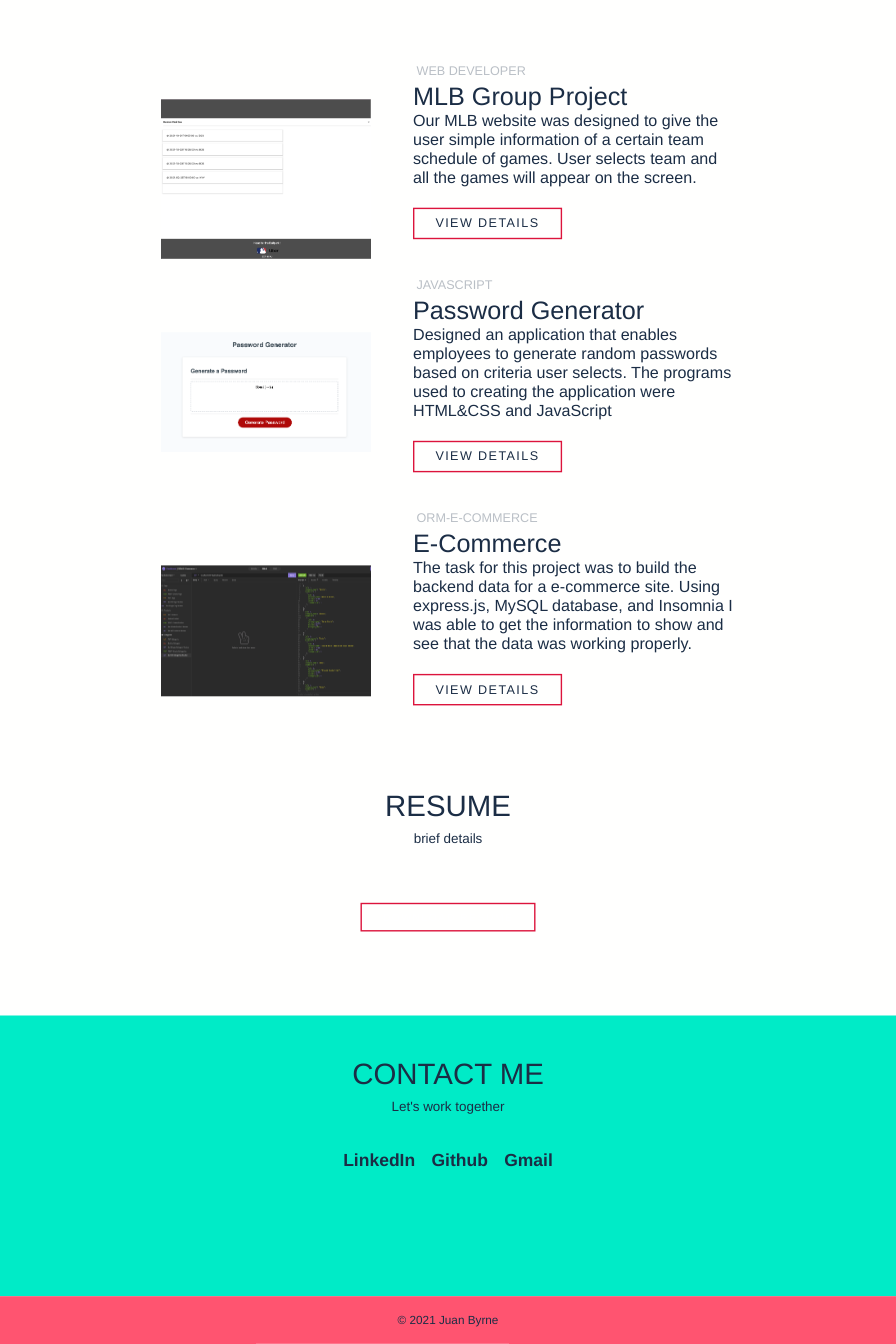
Repository: jb150524/JB-Portfolio
Page: index.html
An editor plug-in stored every save of this project. The page is shown before and after a run of saves, followed by the edit.
The browser window is 1280 px wide. The pictures show the part of the page from y = 2474 to 4394 px (the page is 4394 px tall), at 70% of full size.
Some web libraries are served in a nearby version.

Above is the page before, as saved 2021-09-25 21:40:57.

### index.html
<!DOCTYPE html>
<!-- saved from url=(0053)file:///Users/jja/FullStack_HW/juanwebsite/index.html -->

    <html lang="en"><head><meta http-equiv="Content-Type" content="text/html; charset=UTF-8">

    <meta http-equiv="X-UA-Compatible" content="IE=edge">
    <meta name="viewport" content="width=device-width, initial-scale=1.0">

    <!-- CSS style sheet -->
    <link rel="stylesheet" href="style.css">

    <!-- adding icons  -->
    <script src="https://kit.fontawesome.com/11dfd97c40.js" crossorigin="anonymous"></script>

    <title>Juan's Portfolio</title>
    </head>

    <body>
      <header>
      <nav class="top-nav">
        <ul class="nav-list">
        <li>
        <a href="file:///Users/jja/FullStack_HW/juanwebsite/index.html">Home</a>
        <a href="file:///Users/jja/FullStack_HW/juanwebsite/index.html#about">About</a>
        <a href="file:///Users/jja/FullStack_HW/juanwebsite/index.html#portfolio">Portfolio</a>
        <a href="file:///Users/jja/FullStack_HW/juanwebsite/index.html#resume">Resume</a>
        <a href="file:///Users/jja/FullStack_HW/juanwebsite/index.html#contact">Contact</a>
        </li>
        </ul>
      </nav>

    <div class="main">
      <div class="landing-text">
        <h1>JuanByrne</h1>
        <h6>Graphic Designer and Full Stack Web Developer</h6>
      </div>
    </div>
    </header>

    <section class="about" id="about">
      <div class="container">
          <a class="about-details">
        <div class="about-heading">
          <h1>About</h1>
          <h6>Myself</h6>
        </div>
          <p>
          I'm a Graphic Designer trying to become a full stack developer. I am from Guadalajara, Mexico. I was born in Mexico, but at a young age I moved to the USA. One of my favorite hobbies is playing competative soccer. Playing soccer has taught me perseverance, how to be a team player, and most importantly how to lose. I currently live in Wayne, Pennsylvania, but have previously lived in Guadalajara, Mexico and Orange County, California. I want to become a web developer because I want to learn a skill that motivates me and pushes me to try new things. I am excited about web developing and want a career that gives me a spark, like I get when I play soccer, with competitiveness, passion, and the belief that I can succeed.
          </p>
          </a>
      </div>
    </section>

      <a class="about-details">
        <section class="experience" id="experience">
            <div class="container">
              <div class="section-heading">
                <h1>Experience</h1>
                <h6>What I can do for you</h6>
              </div>
          <div class="my-skills">
          <div class="skills" alt ="">
            <div class="icon-container">
              <i class="fas fa-layer-group"></i>
            </div>
            <h1>Graphic Designer</h1>
            <p>
            I'm a Graphic Designer with two years of experience working in the advertising industry. Possesses a high degree of competence using programs such as Adobe Photoshop, InDesign, Illustrator, and HTML & CSS.
            </p>
          </div>

        <div class="skills">
          <div class="icon-container">
            <i class="fas fa-laptop-code"></i>
          </div>
              <h1>Web Development</h1>
              <p>
              I'm a full stack developer. I have a strong understanding and concepts in web development: HTML5&CSS, JavaScript, jQuery, command lines, API consumption and much more.
              </p>
            </div>
          </div>
        </div>
      </section>
    </a>

      <section class="portfolio" id="portfolio"><a class="about-details"></a>
        <div class="container"><a class="about-details">
          <div class="section-heading">
            <h1>Portfolio</h1>
            <h6>View my recent work</h6>
            </a>
            </div>
          </div>
          <div class="portfolio-item"><a class="about-details">
            <div class="portfolio-img has-margin-right">
              <img src="images/MLB Site.png" alt="">
            </a>
            </div>
              <div class="portfolio-description"><a class="about-details">
              <h6>Web Developer</h6>
              <h1>MLB Group Project</h1>
              <p>
              Our MLB website was designed to give the user simple information of a certain team schedule of games. User selects team and all the games will appear on the screen.
              </p>
              </a>
            <a href="file:///Users/jja/FullStack_HW/juanwebsite/index.html#" class="cta"> View Details</a>
        </div>
      </div>
    <div>

     <div class="portfolio-item">
          <div class="portfolio-img has-margin-right">
            <img src="images/passGenerator.png" alt="">
            </div>
            <div class="portfolio-description">
            <h6>Javascript</h6>
            <h1>Password Generator</h1>
            <p>
            Designed an application that enables employees to generate random passwords based on criteria user selects. The programs used to creating the application were HTML&CSS and JavaScript
            </p>
            <a href="file:///Users/jja/FullStack_HW/juanwebsite/index.html#" class="cta"> View Details</a>
            </div>
        </div>

      <div>
          <div class="portfolio-item">
            <div class="portfolio-img has-margin-right">
              <img src="images/E-Commerce.png" alt="">
              </div>
              <div class="portfolio-description">
              <h6>ORM-E-Commerce</h6>
              <h1>E-Commerce</h1>
              <p>
              The task for this project was to build the backend data for a e-commerce site. Using express.js, MySQL database, and Insomnia I was able to get the information to show and see that the data was working properly.
              </p>
              <a href="file:///Users/jja/FullStack_HW/juanwebsite/index.html#" class="cta"> View Details</a>
            </div>
          </div>
      </div>
    </section>

    <section class="resume" id="resume">
      <div class="container">
        <div class="section-heading">
          <h1>Resume</h1>
          <h6>brief details</h6>
          <!-- <input type="button" value="Download!"> -->
          <a href="./images/FullStackDeveloper2021Resume.pdf" class="cta">Download Resume</a>
        </div>
      </div>

    <section class="contact" id="contact">
        <div class="container">
          <div class="section-heading">
          <h1>Contact Me</h1>
          <ul>
          <li>
          <h6>Let's work together</h6>
          <a href="https://www.linkedin.com/in/juan-byrne-43869ab7/">LinkedIn</a>
          <a href="https://github.com/jb150524">Github</a>
          <a href="file:///Users/jja/FullStack_HW/juanwebsite/juan1505@gmail.com">Gmail</a>
          </li>
          </ul>
        </div>
       </div>
    </section>

    <footer class="copyright">
      <p>© 2021 Juan Byrne</p>
    </footer>
  </section>


</body>
</html

### style.css
/* Start global*/

* {
    margin: 0;
    padding: 0;
    box-sizing: border-box;
}

html {
    font-size: 12px;
    font-family: Helvetica, sans-serif;
    /* color: rgb(255, 255, 255); */
}

body {
    width: 100%;
    height: 100%;
    background-color: #fffffe;
    background-size: cover;
}

section {
    padding: 60px 0;
}

h6 {
    color: #1b2d45;
    margin: 5px;
}

a {
    text-decoration: none;
    color: #1b2d45;
}

.cta {
    display: inline-block;
    padding: 10px 30px;
    color: white;
    background-color: transparent;
    border: 2px solid crimson;
    font-size: 15px;
    text-transform: uppercase;
    letter-spacing: 2px;
    margin-top: 30px;
    transition: .3s ease;
    transition-property: background-color, color;
}

p {
   font-size: 23px;
   font-weight: 300;
   color: #1b2d45;
}



img {
    max-width: 100%;
    height: auto;
}

.main {
    padding: 16px;
    margin-top: 30px;
    height: 1500px; /* Used in this example to enable scrolling */
  }

/* Start reusable*/

.container {
    width: 50%;
    max-width: 120rem;
    height: 100%;
    margin: 0 auto;
    position: relative;
}

.container-details p {
    font-size: 200px;
    padding: 35px;
}

.section-heading {
    text-align: center;
    margin-bottom: 10rem;
}

.section-heading h1 {
    font-family: major mono display, Helvetica, sans-serif;
    font-size: 3.5rem;
    color: #1b2d45;
    text-transform: uppercase;
    font-weight: 300;
    position: relative;
    margin-bottom: 1rem;
}

.section-heading h1::before,
.section-heading h1::after {
    content: "";
    position: absolute;
    bottom: -.5rem;
    left: 50%;
    transform: translateX(-59%);
    background: color #fff8e8;
}

.section-heading h1::before {
    width: 10rem;
    height: 3px;
    border-radius: .8rem;
}

.section-heading h1::after {
    height: 1.5rem;
    border-radius: .100%;
    bottom: 1rem;
}

.section-heading h6 {
    font-size: 1.6rem;
    font-weight: 300;
    margin-bottom: 50px;
}

.has-margin-right {
    margin-right: 5rem;
}
/* End reusable*/

/* Start header*/
header {
    width: 100%;
    height: 100vh;
}

.nav-list {
    z-index: 2;
    top: 0;
    background:#00ebc7;
    overflow: hidden;
    font-size: 35px;
    font-family: major mono display;
    margin: 0;
    padding: 20px;
    position: fixed;
    list-style: none;
    width: 100%;
    display: flex;
    justify-content: center;
    align-items: flex-start;
    text-decoration: none;
}

li {
    margin: 0;
    list-style: none;
}

.nav-link {
    font-family: Arial, Helvetica, sans-serif;
    font-size: 15px;
    padding: 5px;
}

.nav-link:hover,
.nav-ink:focus {
    background: linear-gradient(to top, #5725b3, #9e91e9 );
    -webkit-background-clip: text;
    -webkit-text-fill-color: transparent;

}

.landing-text{
    position: absolute;
    top: 50%;
    left: 50%;
    transform: translate(-50%, -50%);
    width: 100%;
    text-align: center;
    z-index: 1;
}

.landing-text h1 {
    font-size: 150px;
    font-family: major mono display, Helvetica, sans-serif, Helvetica, sans-serif;
    background: linear-gradient(to top, #110202, #000000 );
    -webkit-background-clip: text;
    -webkit-text-fill-color: transparent;
    padding: 1rem;
    user-select: none;

}

.landing-text h6 {
    font-size: 2rem;
    font-weight: 300;
}
/* End header*/

.about .container {
    display: flex;
    align-items: center;
    justify-content: center;
}

.about-heading {
    text-align: center;
    text-transform: uppercase;
    line-height: 10px;
    margin-bottom: 6rem;
}

.about-heading h1 {
    font-size: 10rem;
    opacity: .3;
    font-family: major mono display;
}

.about-heading h6 {
    font-size: 2rem;
    font-weight: 300;
}

/* .about-container p {
   font-size: 50px;
} */

.profile-img {
    max-width: 100%;
    display: inline-block;
}

/* Start services*/

.my-skills {
    display: grid;
    /* grid-template-columns: repeat(auto-fit, min max(25rem, 1fr)); */
    grid-gap: 2.5rem;
    text-align: center;
}

.skills p {
    padding: 15px 5px 5px 5px;
    text-align: left;
}

.skills h1 {
    text-transform: uppercase;
    letter-spacing: 2px;
    margin: 2rem -2px 2rem 0;
}

.icon-container {
    width: 10rem;
    height: 10rem;
    border: 2px solid #1b2d45;
    background-color: #00ebc7;
    margin-bottom: 2rem;
    display: inline-block;
}

.icon-container .fas {
    margin: 27px -35px 0px -36px;
}

.icon-container i {
    color:#1b2d45;
    font-size: 5rem;
    margin: auto;
}
/* End services*/

/* Start portfolio*/

.portfolio-item {
    display: flex;
    align-items: end;
    justify-content: center;
    flex-direction: row;
    flex-wrap: wrap;
    align-content: stretch;
    margin-bottom: 50px;

}
.portfolio-img {
    width: 300px;
    height: 200px;
    background-size: 100%;
}

.portfolio-item:last-child {
    margin: 0;
}

.portfolio-description {
    flex: .5;
    color: #1b2d45;

}

.portfolio-description h1 {
    font-size: 3rem;
    font-weight: 300;
    margin: 1px 0;
    display: contents;
}

.portfolio-description h6 {
    font-size: 1.5rem;
    text-transform: uppercase;
    font-weight: 300;
    opacity: 0.3;
}

.portfolio-description .cta {
    display: inline-block;
    margin-top: 2.5rem;
    font-size: 1.5rem;
    text-transform: uppercase;
    color: #1b2d45;
    transition: color 650ms;
}

.portfolio-description .cta:hover {
    color: #2f67cd;
}
/* End portfolio*/


/*Star contact*/

.contact {
    background-color:#00ebc7;
}

.contact a {
    font-weight: bold;
    margin: 10px;
    margin-top: 20px;
    padding: 15px 0;
    text-align: center;
    font-size: 25px;
}

/*End contact*/

/*Star footer*/

.copyright {
    width: 100%;
    text-align: center;
    background-color:#ff5470;
    padding: 2rem 0;
    position: absolute;
    display: block;
}

/* .up {
    position: absolute;
    width: 5rem;
    height: 5rem;
    background-color: burlywood;
    top: -2.5rem;
    right: 5rem;
    border-radius: 100%;
    display: flex;
    animation: pulse 2s infinite;
    cursor: pointer;
}

.up i {
    color: navy;
    font-size: 2rem;
    margin: auto;
} */

.copyright p {
    font-size: 1.4rem;
}
/*End footer*/

/*Start Button animation*/

@keyframes pulse {
    0%{
        box-shadow: 0 0 0 0 rgba(253, 87, 191, 0.99);
    }
    70%{
        box-shadow: 0 0 0 2rem rgba(253, 87, 191, 0);
    }
    100%{
        box-shadow: 0 0 0 0 rgba(253, 87, 191, 0);
    }
}
/*End Button animation*/

/*Start media queries*/

@media screen and (max-width: 768px) {
    body {
        background-color: #fffffe;
        background-size: cover;
    }

    .landing-text h1 {
        font-size: 70px;
    }

    .landing-text h6 {
        font-size: 1.7rem;
    }

    .nav-list {
        font-size: 15px;
    }

    li {
        margin: 2rem 0;
    }

    .nav-ink {
        font-size: 4.5rem;
    }

    .about-heading {
        font-size: 15px;
    }

    .section-heading h1 {
        font-size: 3rem;
    }

    .about-details .nav-list {
        flex-direction: initial;
    }

    .about-details li {
        font-size: 10px;
        margin: 0 2rem;
    }

@media screen and (max-width: 600px) {

    .landing-text h1 {
        font-size: 8rem;
    }

    .landing-text h6 {
        font-size: 1.4rem;
    }

    .nav-link {
        font-size: 3.5rem;
    }

    .profile-img {
        margin-top: 0 0 7rem 0;
    }

    .portfolio-item {
        flex-direction: column;
    }

    .portfolio-img {
        margin: 0 0 2rem 0;
        order: 1;
    }

    .portfolio-description {
        margin: 0;
        order: 2;
    }

    form {
        width: 100%;
    }

    .up {
        right: 2rem;
    }
}
/*End media queries*/

After the next 2 saves:
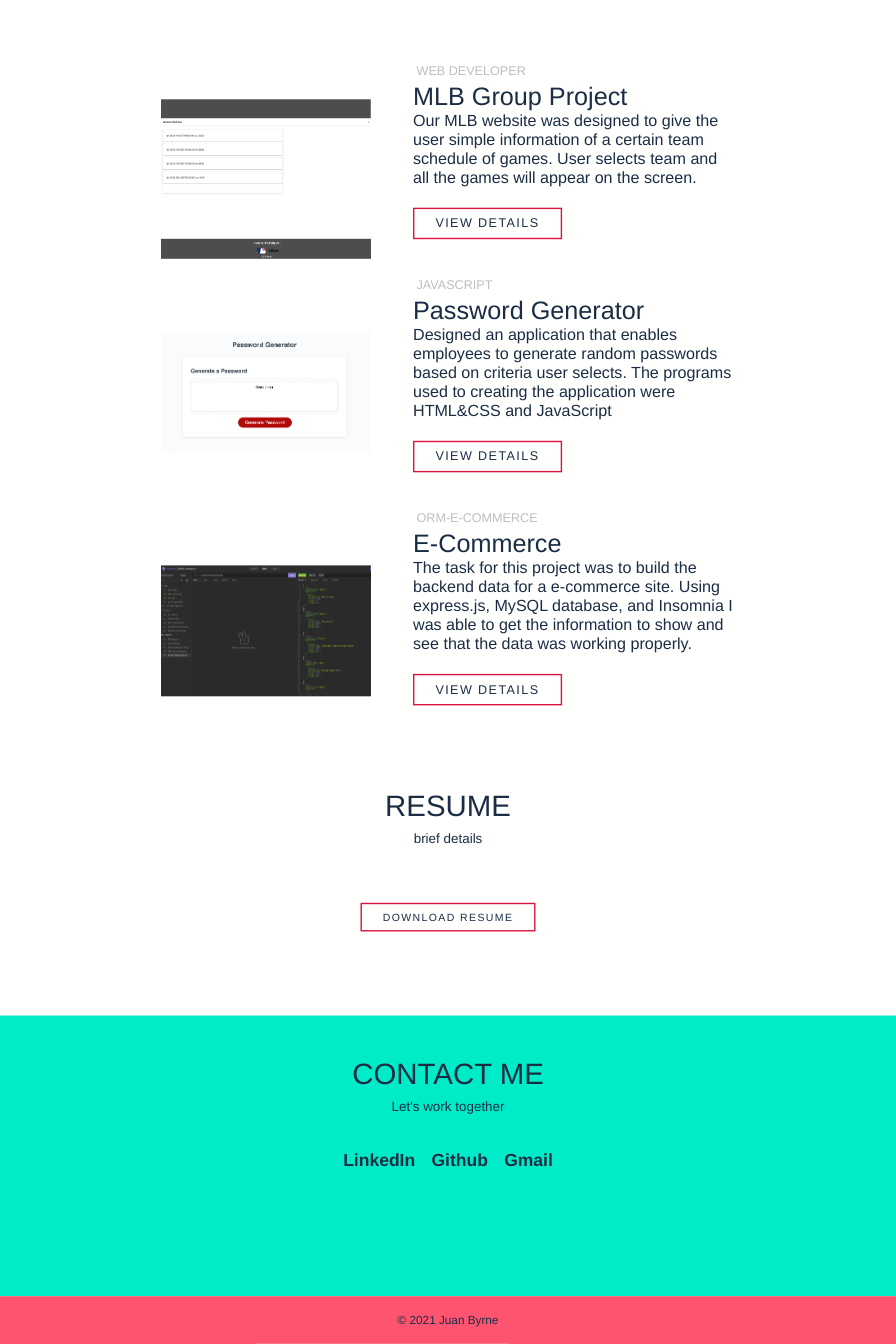
The 2 saves are shown as one change because they came seconds apart.
The last was saved 28 s later.
--- a/style.css
+++ b/style.css
@@ -36,7 +36,7 @@
 .cta {
     display: inline-block;
     padding: 10px 30px;
-    color: white;
+    color: ;
     background-color: transparent;
     border: 2px solid crimson;
     font-size: 15px;
